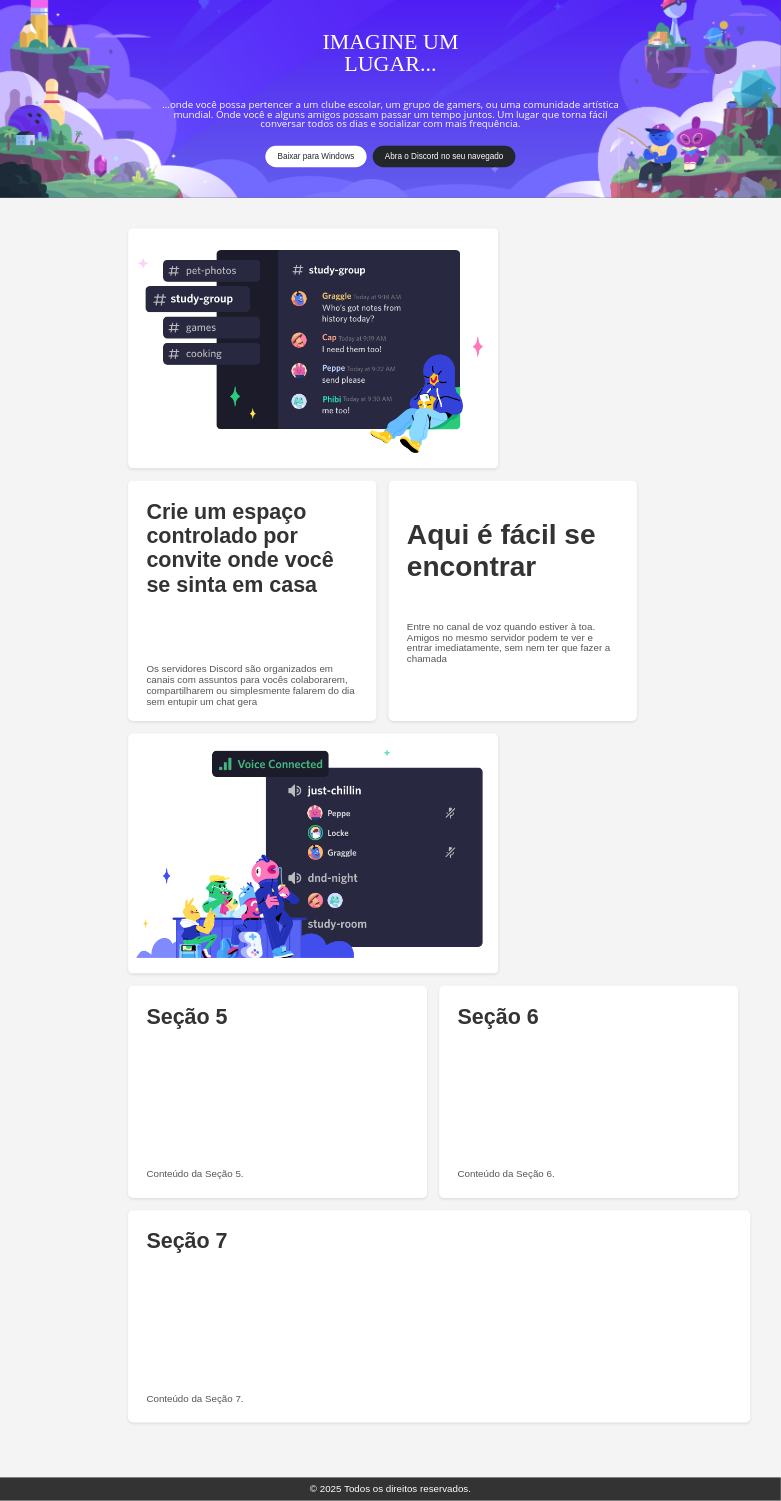
Repository: gustavotwist/projeto-discord
Page: index.html
The author's editor kept a copy of each file at every save. The page is drawn from the files as they stood at one save, then again after the next save.
The browser window is 1280 px wide. The pictures show the whole page, at 61% of full size.

Above is the page before, as saved 2025-03-10 11:35:29.

### index.html
<!DOCTYPE html>
<html lang="pt-br">
<head>
    <meta charset="UTF-8">
    <meta name="viewport" content="width=device-width, initial-scale=1.0">
    <title>Desafio de Responsividade</title>
    <link rel="stylesheet" href="/css/style.css">
</head>
<body>
    <!-- Header -->
    <header>
        <h1>IMAGINE UM LUGAR...</h1>
        <p>...onde você possa pertencer a um clube escolar, um grupo de gamers, ou uma comunidade artística mundial. Onde você e alguns amigos possam passar um tempo juntos. Um lugar que torna fácil conversar todos os dias e socializar com mais frequência.</p>
        <div class="header-buttons">
            <button class="btn login-btn">Baixar para Windows</button>
            <button class="btn signup-btn">Abra o Discord no seu navegado</button>
        </div>
    </header>

    <!-- Main -->
    <main>
        <!-- Container para as 7 seções (6 lado a lado e a 7ª embaixo) -->
        <div class="section-container">
            <!-- Section 1 -->
            <section id="section1">

            </section>

            <!-- Section 2 -->
            <section id="section2">
                <h2>Crie um espaço controlado por convite onde você se sinta em casa</h2>
                <p>Os servidores Discord são organizados em canais com assuntos para vocês colaborarem, compartilharem ou simplesmente falarem do dia sem entupir um chat gera</p>
            </section>

            <!-- Section 3 -->
            <section id="section3">
                <h2>Aqui é fácil se encontrar</h2>
                <p>Entre no canal de voz quando estiver à toa. Amigos no mesmo servidor podem te ver e entrar imediatamente, sem nem ter que fazer a chamada</p>
            </section>

            <!-- Section 4 -->
            <section id="section4">

            </section>

            <!-- Section 5 -->
            <section id="section5">
                <h2>Seção 5</h2>
                <p>Conteúdo da Seção 5.</p>
            </section>

            <!-- Section 6 -->
            <section id="section6">
                <h2>Seção 6</h2>
                <p>Conteúdo da Seção 6.</p>
            </section>

            <!-- Section 7 -->
            <section id="section7">
                <h2>Seção 7</h2>
                <p>Conteúdo da Seção 7.</p>
            </section>
        </div>
    </main>

    <!-- Footer -->
    <footer>
        <p>&copy; 2025 Todos os direitos reservados.</p>
    </footer>
</body>
</html>

### css/style.css
/* Reset de estilos */
* {
    margin: 0;
    padding: 0;
    box-sizing: border-box;
}

/* Corpo e fontes */
body {
    font-family: Arial, sans-serif;
    background-color: #f4f4f4;
    color: #333;
}

/* Header */
header {
    background-color: #333;
    color: white;
    display: flex;
    flex-direction: column;
    justify-content: center;
    align-items: center;
    padding: 40px;
    height: 45vh;
    width: 100%;
    background-image: url('/assets/images/header.png');
    background-size: cover; /* A imagem vai cobrir todo o header */
    background-position: center; /* A imagem será centralizada */
    background-repeat: no-repeat; /* Evita que a imagem se repita */
}

header h1 {
    font-family:Luckiest Guy;
    font-weight: 400;
    font-size: 36px;
    line-height: 100%;
    letter-spacing: 0%;
    width: 313px;
    height: 112px;
    text-align: center;
}

header p {
    font-family: Open Sans;
    font-weight: 400;
    font-size: 16px;
    line-height: 100%;
    letter-spacing: 0%;
    width: 757px;
    height: 66px;
    text-align: center;
}


/* Botões no header */
/* Estilos para o contêiner de botões */
.header-buttons {
    display: flex;
    gap: 10px; /* Espaçamento entre os botões */
    margin-top: 10px; /* Distância entre os botões e a navegação */
    justify-content: center; /* Alinha os botões ao centro horizontalmente */
    align-items: center; /* Alinha os botões ao centro verticalmente */
}


/* Estilos gerais para os botões */
.header-buttons .btn {
    color: white;
    border: none;
    padding: 10px 20px;
    border-radius: 20px;
    cursor: pointer;
    transition: background-color 0.3s ease; /* Transição suave para o efeito de hover */
}

/* Botão de Entrar - Cor de fundo e hover específicos */
.header-buttons .login-btn {
    background-color: #ffffff; /* Cor de fundo para o botão "Entrar" */
    color: #23272A;
}

.header-buttons .login-btn:hover {
    background-color: #23272A ; /* Cor de fundo mais escura ao passar o mouse */
    color: #ffffff;
}

/* Botão de Registrar - Cor de fundo e hover específicos */
.header-buttons .signup-btn {
    background-color: #23272A; /* Cor de fundo para o botão "Registrar" */
    color: #ffffff;
}

.header-buttons .signup-btn:hover {
    background-color: #ffffff; /* Cor de fundo mais escura ao passar o mouse */
    color: #23272A;
}


/* Main */
main {
    padding: 50px; /* Diminui o padding para um layout mais confortável */
    margin-left: 160px;
}

/* Container para as 7 seções (2 por linha, sendo a 7ª sozinha embaixo) */
.section-container {
    display: flex;
    flex-wrap: wrap; /* Permite que as seções se movam para a linha seguinte quando necessário */
    gap: 20px; /* Espaçamento entre as seções */
}

/* Estilo para cada seção */
section {
    background-color: white;
    padding: 30px;
    margin: 0;
    border-radius: 8px;
    box-shadow: 0 2px 5px rgba(0, 0, 0, 0.1);
    transition: transform 0.3s ease;
}

/* Largura das seções (duas por linha, ocupando 50% da largura) */
section:nth-child(-n+6) {
    width: calc(50% - 20px); /* Cada seção ocupará 50% da largura menos o gap */
}

/* A 7ª seção ocupa toda a largura da tela */
section:nth-child(7) {
    width: 100%; /* A 7ª seção ocupa toda a largura da tela */
}

/* Estilos específicos para a primeira seção, caso queira */
#section1 {
    width: 607px; /* Largura específica para a seção 1 */
    height: 394px; /* Altura específica para a seção 1 */
    background-image: url('/assets/images/section-image.png'); /* Definindo a imagem de fundo */
    background-size: cover; /* A imagem cobre toda a área da seção */
    background-position: center; /* A imagem será centralizada */
    background-repeat: no-repeat; /* A imagem não será repetida */
    border-radius: 8px; /* Bordas arredondadas */
    box-shadow: 0 2px 5px rgba(0, 0, 0, 0.1); /* Sombra sutil (opcional) */
}

/* Estilos específicos para a primeira seção, caso queira */
#section2 {
    width: 407px; /* Largura específica para a seção 1 */
    height: 394px; /* Altura específica para a seção 1 */
}

#section3 {
    width: 407px; /* Largura específica para a seção 1 */
    height: 394px; /* Altura específica para a seção 1 */
    padding-top: 60px;
    padding-bottom: 20px;
}

#section3 h2 {
    font-size: 46px;  /* Ajuste o tamanho do texto, se necessário */
    margin-bottom: -100px;  /* Diminui a margem inferior entre o título e o conteúdo */
}

#section3 p {
    margin-top: 0; /* Remove a margem superior do parágrafo, se necessário */
}
 #section4 {
    width: 607px; /* Largura específica para a seção 1 */
    height: 394px; /* Altura específica para a seção 1 */
    background-image: url('/assets/images/section3.png'); /* Definindo a imagem de fundo */
    background-size: cover; /* A imagem cobre toda a área da seção */
    background-position: center; /* A imagem será centralizada */
    background-repeat: no-repeat; /* A imagem não será repetida */
    border-radius: 8px; /* Bordas arredondadas */
    box-shadow: 0 2px 5px rgba(0, 0, 0, 0.1); /* Sombra sutil (opcional) */
 }

/* Estilo para título e parágrafo dentro das seções */
section h2 {
    font-size: 2.2rem;
    font-weight: 800;
    width: 329px;
    height: 270px;
    color: #333;
}

section p {
    font-size: 1rem;
    font-weight: 400;
    width: 348px;
    color: #555;
}

section:hover {
    transform: translateY(-5px); /* Efeito de elevação ao passar o mouse */
}


/* Responsividade */
@media (max-width: 768px) {
    section {
        width: 100%; /* Seções ocupam toda a largura em telas menores */
        padding: 20px;
    }
}



/* Footer */
footer {
    background-color: #333;
    color: white;
    text-align: center;
    padding: 10px 0;
    margin-top: 40px;
}

/* Responsividade */
@media (max-width: 768px) {
    /* Ajuste para Header */
    header {
        flex-direction: column;
        align-items: flex-start;
        padding: 20px;
    }

    /* Ajuste para Seções */
    section {
        width: 100%; /* Seções ocupam toda a largura em telas menores */
        padding: 20px;
    }

    /* Ajuste para Botões */
    .header-buttons {
        flex-direction: column;
        margin-top: 10px;
    }
}

@media (max-width: 480px) {
    /* Ajuste para texto no Footer */
    footer p {
        font-size: 0.8rem;
    }
}

After the next save:
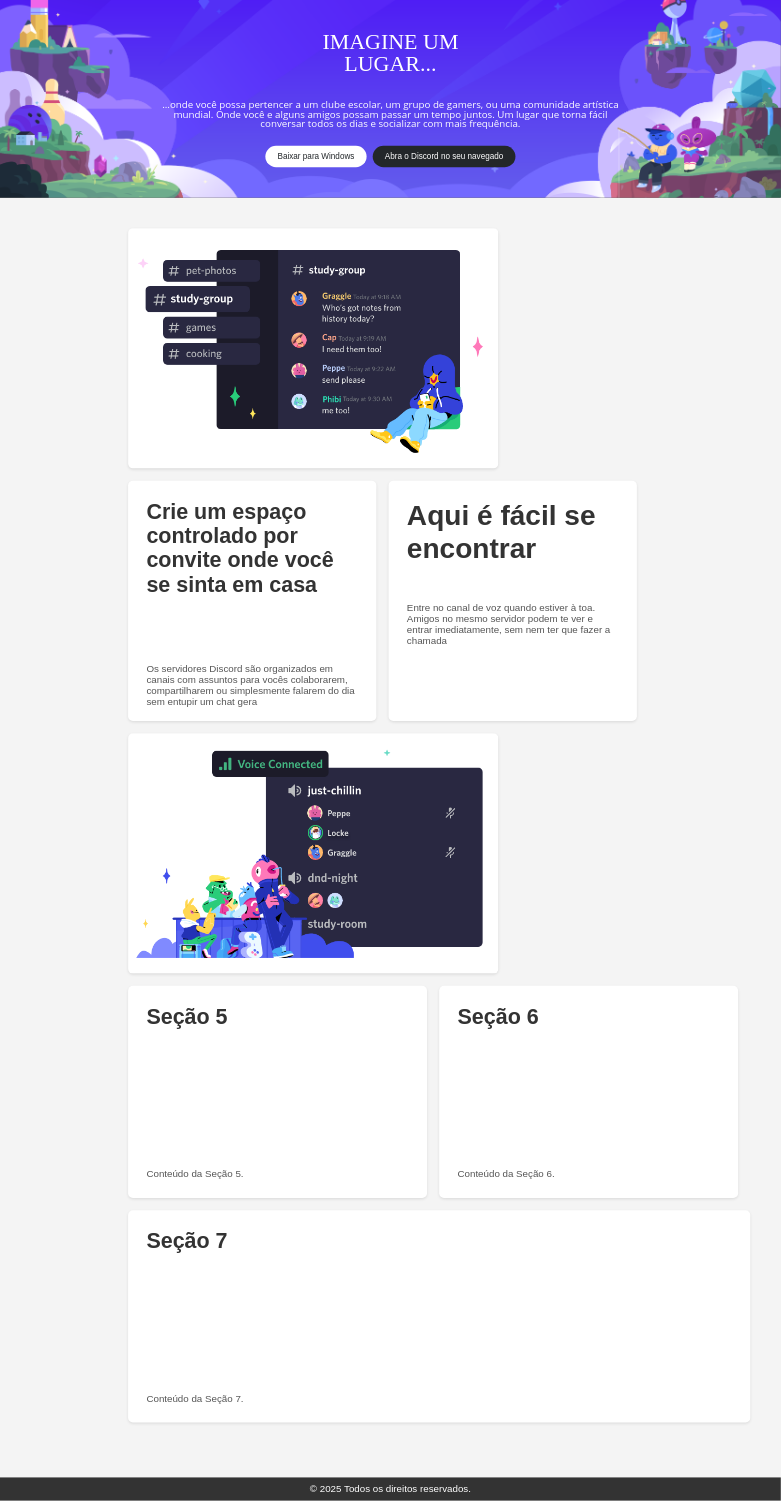
Saved 12 s later.
--- a/css/style.css
+++ b/css/style.css
@@ -150,7 +150,7 @@
 #section3 {
     width: 407px; /* Largura específica para a seção 1 */
     height: 394px; /* Altura específica para a seção 1 */
-    padding-top: 60px;
+    padding-top: 30px;
     padding-bottom: 20px;
 }
 
